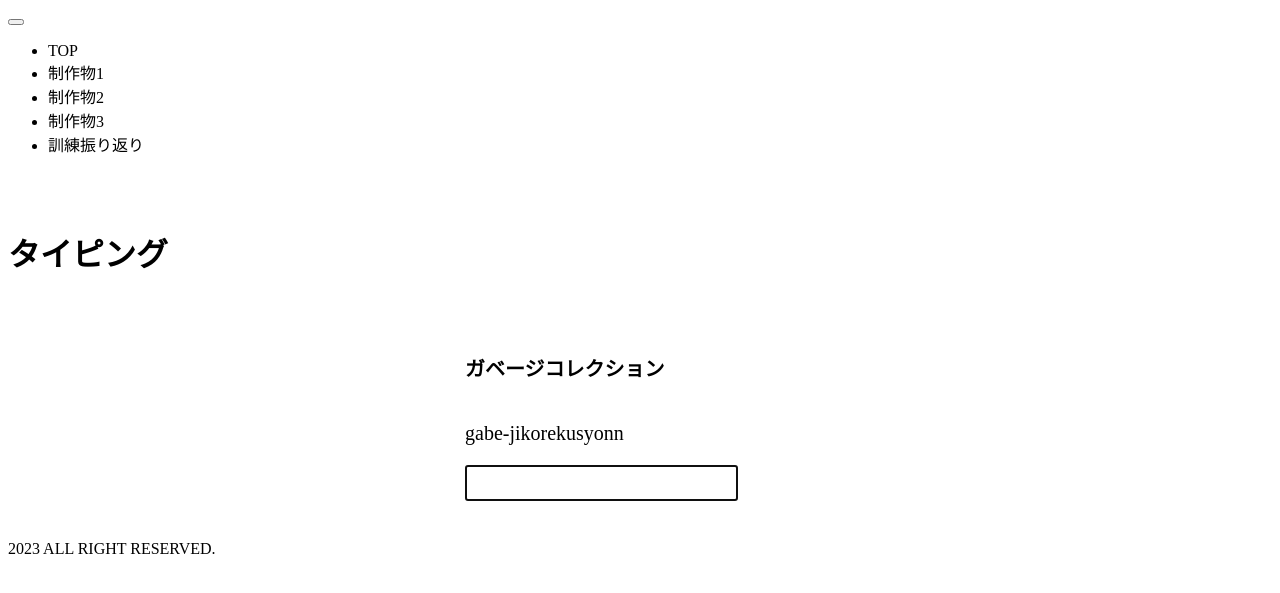
Repository: yuki-kuro/portfolio
Page: http://localhost/TypingGame/TypingGameServlet
The author's editor kept a copy of each file at every save. The page is drawn from the files as they stood at one save, then again after the next save.
The browser window is 1280 px wide. The pictures show the whole page.
The page is served by Tomcat 9.

Above is the page before, as saved 2023-06-27 04:17:01.
Not found: TypingGame/BJServletRensyu2/卒業制作/css/kyoutuu.css
Not found: TypingGame/TypingGame/js/hamb.js

After the next save:
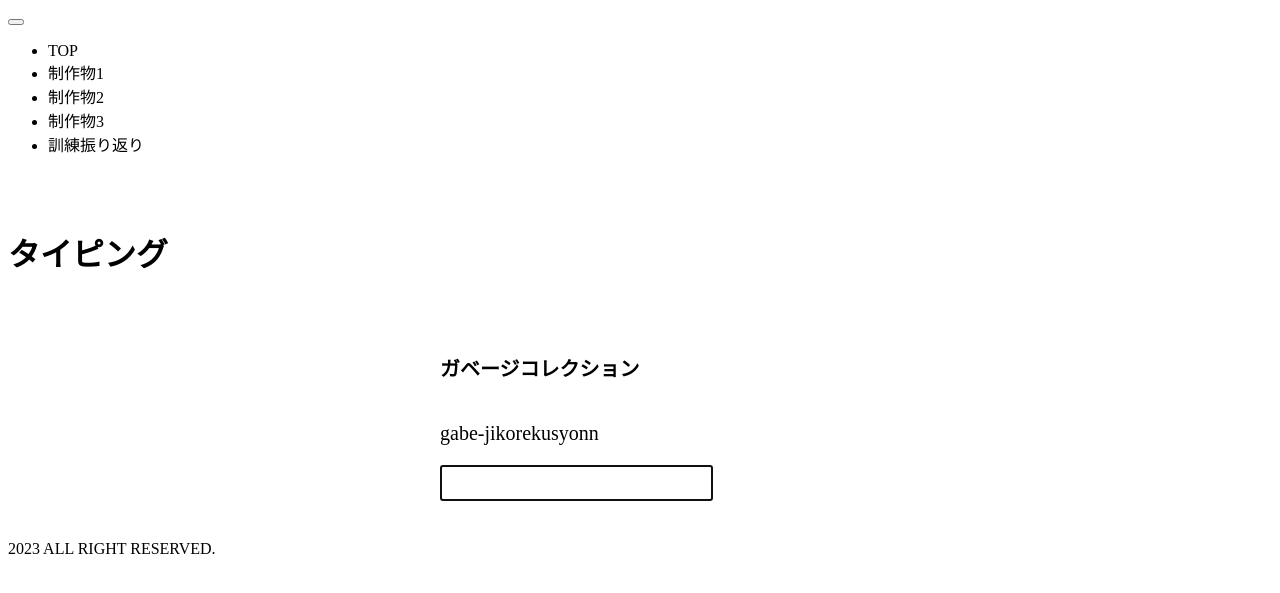
Saved 51 s later.
--- a/TypingGame/src/main/webapp/css/Typing.css
+++ b/TypingGame/src/main/webapp/css/Typing.css
@@ -11,7 +11,7 @@
 .nyuuryoku p,
 .nyuuryoku form {
   text-align: left; /* 左揃え */
-  width: 350px;
+  width: 400px;
 }
 .nyuuryokuform{
 	height:30px;
@@ -24,7 +24,7 @@
 }
 .hantei p {
   text-align: left; /* 左揃え */
-  width: 350px;
+  width: 400px;
 }
 .clear{
   display: flex; /* Flexコンテナとして要素を配置する */
